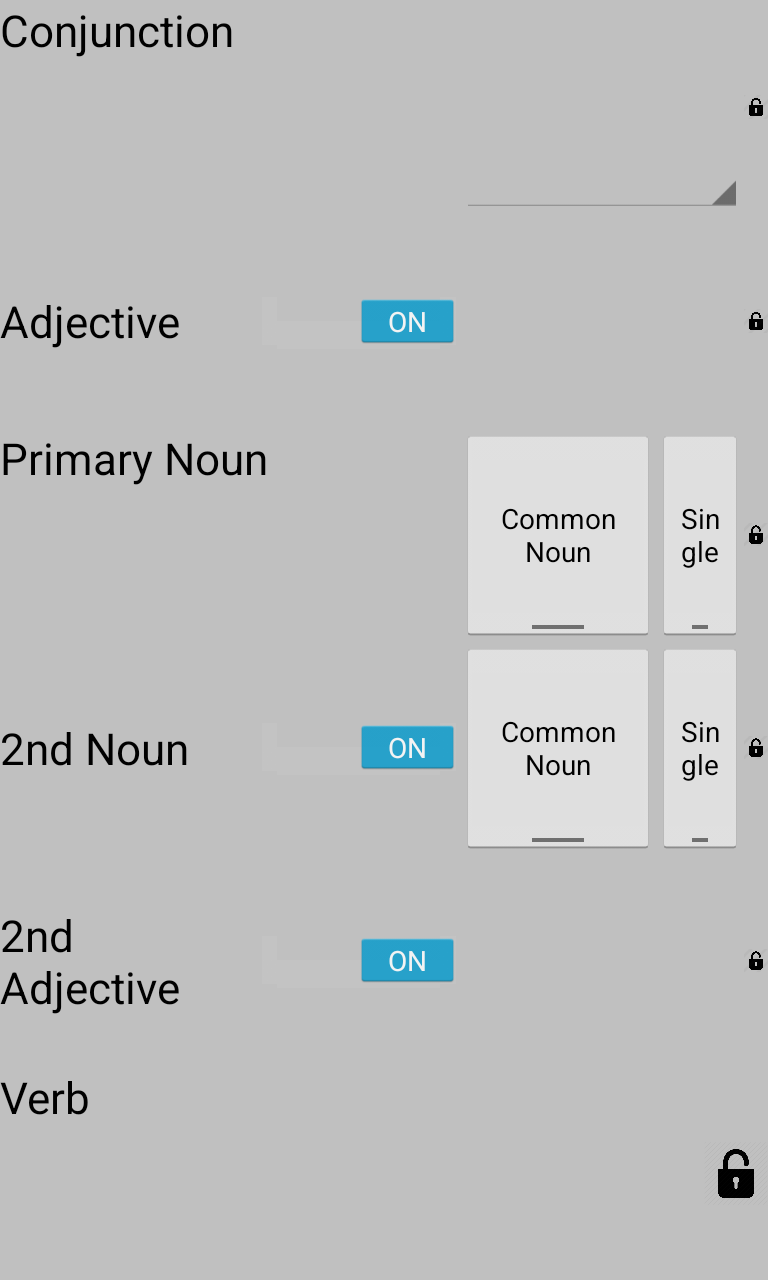
Repository: TheDizzler/TableTopTools
Layout: RPGTools/res/layout/fragment_cause_controls.xml
An editor plug-in stored every save of this project. The layout is shown before and after the next save, followed by the edit.
It is drawn on a 768 x 1280 px phone screen (xhdpi) without system bars, with theme AppTheme; the app's code is not run.

Above is the layout before, as saved 2017-03-22 09:53:25.

### RPGTools/res/layout/fragment_cause_controls.xml
<?xml version="1.0" encoding="utf-8"?>
<TableLayout xmlns:android="http://schemas.android.com/apk/res/android"
    android:layout_width="match_parent"
    android:layout_height="match_parent"
    android:background="#C0C0C0"
    android:measureWithLargestChild="true"
    android:orientation="vertical"
    android:weightSum="6" >

    <TableRow
        android:id="@+id/tableRow1_conjunction"
        android:layout_width="match_parent"
        android:layout_height="wrap_content"
        android:layout_weight="1"
        android:weightSum="4" >

        <TextView
            android:id="@+id/textView1"
            android:layout_width="wrap_content"
            android:layout_height="match_parent"
            android:layout_span="1"
            android:layout_weight="1"
            android:text="Conjunction"
            android:textAppearance="?android:attr/textAppearanceLarge" />

        <Spinner
            android:id="@+id/spinner_Conjunctions"
            android:layout_width="wrap_content"
            android:layout_height="match_parent"
            android:layout_span="2"
            android:layout_weight="1" />

        <ImageView
            android:id="@+id/lockBtn_conj"
            android:layout_width="32dp"
            android:layout_height="match_parent"
            android:layout_span="1"
            android:layout_weight="1"
            android:src="@drawable/unlocked" />
    </TableRow>

    <TableRow
        android:id="@+id/tableRow2_primaryAdj"
        android:layout_width="match_parent"
        android:layout_height="wrap_content"
        android:layout_weight="1"
        android:weightSum="4" >

        <Switch
            android:id="@+id/switch_primaryAdjective"
            android:layout_width="wrap_content"
            android:layout_height="match_parent"
            android:layout_span="1"
            android:layout_weight="1"
            android:checked="true"
            android:text="Adjective"
            android:textAppearance="?android:attr/textAppearanceLarge" />

        <Spinner
            android:id="@+id/spacer1"
            android:layout_width="wrap_content"
            android:layout_height="match_parent"
            android:layout_span="2"
            android:layout_weight="1"
            android:visibility="invisible" />

        <ImageView
            android:id="@+id/lockBtn_primaryAdj"
            android:layout_width="32dp"
            android:layout_height="match_parent"
            android:layout_span="1"
            android:layout_weight="1"
            android:src="@drawable/unlocked" />
    </TableRow>

    <TableRow
        android:id="@+id/tableRow3_primaryNoun"
        android:layout_width="match_parent"
        android:layout_height="wrap_content"
        android:layout_weight="1"
        android:weightSum="4" >

        <TextView
            android:id="@+id/textView3"
            android:layout_width="wrap_content"
            android:layout_height="match_parent"
            android:layout_span="1"
            android:layout_weight="1"
            android:text="Primary Noun"
            android:textAppearance="?android:attr/textAppearanceLarge" />

        <ToggleButton
            android:id="@+id/toggleBtn_primaryNounProper"
            android:layout_width="wrap_content"
            android:layout_height="match_parent"
            android:layout_span="1"
            android:layout_weight="1"
            android:textOff="Common Noun"
            android:textOn="Proper Noun" />

        <ToggleButton
            android:id="@+id/toggleBtn_primaryNounPlural"
            android:layout_width="wrap_content"
            android:layout_height="match_parent"
            android:layout_span="1"
            android:layout_weight="1"
            android:textOff="Single"
            android:textOn="Plural" />

        <ImageView
            android:id="@+id/lockBtn_primaryNoun"
            android:layout_width="32dp"
            android:layout_height="match_parent"
            android:layout_span="1"
            android:layout_weight="1"
            android:src="@drawable/unlocked" />
    </TableRow>

    <TableRow
        android:id="@+id/tableRow4_secondaryNoun"
        android:layout_width="match_parent"
        android:layout_height="wrap_content"
        android:layout_weight="1"
        android:weightSum="4" >

        <Switch
            android:id="@+id/switch_secondaryNoun"
            android:layout_width="wrap_content"
            android:layout_height="match_parent"
            android:layout_span="1"
            android:layout_weight="1"
            android:checked="true"
            android:text="2nd Noun"
            android:textAppearance="?android:attr/textAppearanceLarge" />

        <ToggleButton
            android:id="@+id/toggleBtn_secondaryNounProper"
            android:layout_width="wrap_content"
            android:layout_height="match_parent"
            android:layout_span="1"
            android:layout_weight="1"
            android:textOff="Common Noun"
            android:textOn="Proper Noun" />

        <ToggleButton
            android:id="@+id/toggleBtn_secondaryNounPlural"
            android:layout_width="wrap_content"
            android:layout_height="match_parent"
            android:layout_span="1"
            android:layout_weight="1"
            android:textOff="Single"
            android:textOn="Plural" />

        <ImageView
            android:id="@+id/lockBtn_secondaryNoun"
            android:layout_width="32dp"
            android:layout_height="match_parent"
            android:layout_span="1"
            android:layout_weight="1"
            android:src="@drawable/unlocked" />
    </TableRow>

    <TableRow
        android:id="@+id/tableRow5_secondaryAdj"
        android:layout_width="match_parent"
        android:layout_height="wrap_content"
        android:layout_weight="1"
        android:weightSum="4" >

        <Switch
            android:id="@+id/switch_secondaryAdjective"
            android:layout_width="wrap_content"
            android:layout_height="match_parent"
            android:layout_span="1"
            android:layout_weight="1"
            android:checked="true"
            android:text="2nd Adjective"
            android:textAppearance="?android:attr/textAppearanceLarge" />

        <Spinner
            android:id="@+id/spacer2"
            android:layout_width="wrap_content"
            android:layout_height="match_parent"
            android:layout_span="2"
            android:layout_weight="1"
            android:visibility="invisible" />

        <ImageView
            android:id="@+id/lockBtn_secondaryAdjective"
            android:layout_width="32dp"
            android:layout_height="match_parent"
            android:layout_span="1"
            android:layout_weight="1"
            android:src="@drawable/unlocked" />
    </TableRow>

    <TableRow
        android:id="@+id/tableRow6_causeVerb"
        android:layout_width="match_parent"
        android:layout_height="wrap_content"
        android:layout_weight="1"
        android:weightSum="4" >

        <TextView
            android:id="@+id/textView_causeVerb"
            android:layout_width="wrap_content"
            android:layout_height="match_parent"
            android:layout_span="1"
            android:layout_weight="1"
            android:text="Verb"
            android:textAppearance="?android:attr/textAppearanceLarge" />

        <Spinner
            android:id="@+id/spacer3"
            android:layout_width="wrap_content"
            android:layout_height="match_parent"
            android:layout_span="3"
            android:layout_weight="1"
            android:visibility="invisible" />

        <ImageView
            android:id="@+id/lockBtn_causeVerb"
            android:layout_width="32dp"
            android:layout_height="match_parent"
            android:layout_span="1"
            android:layout_weight="1"
            android:src="@drawable/unlocked" />
    </TableRow>

</TableLayout>

Loaded but not shown: RPGTools/res/values/styles.xml (common file); RPGTools/res/values-v11/styles.xml (common file); RPGTools/res/values-v14/styles.xml (common file)

After the next save:
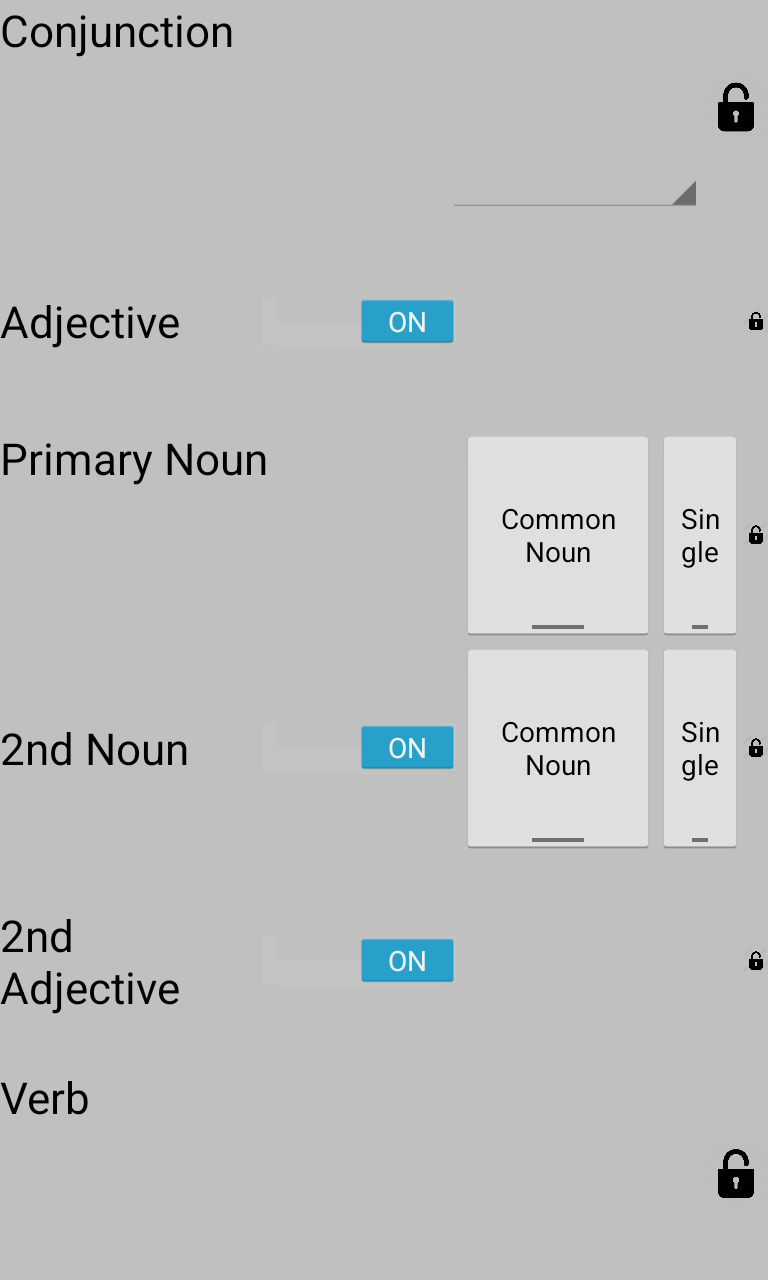
Saved 5 s later.
--- a/RPGTools/res/layout/fragment_cause_controls.xml
+++ b/RPGTools/res/layout/fragment_cause_controls.xml
@@ -12,7 +12,7 @@
         android:layout_width="match_parent"
         android:layout_height="wrap_content"
         android:layout_weight="1"
-        android:weightSum="4" >
+        android:weightSum="3" >
 
         <TextView
             android:id="@+id/textView1"

After the save that followed:
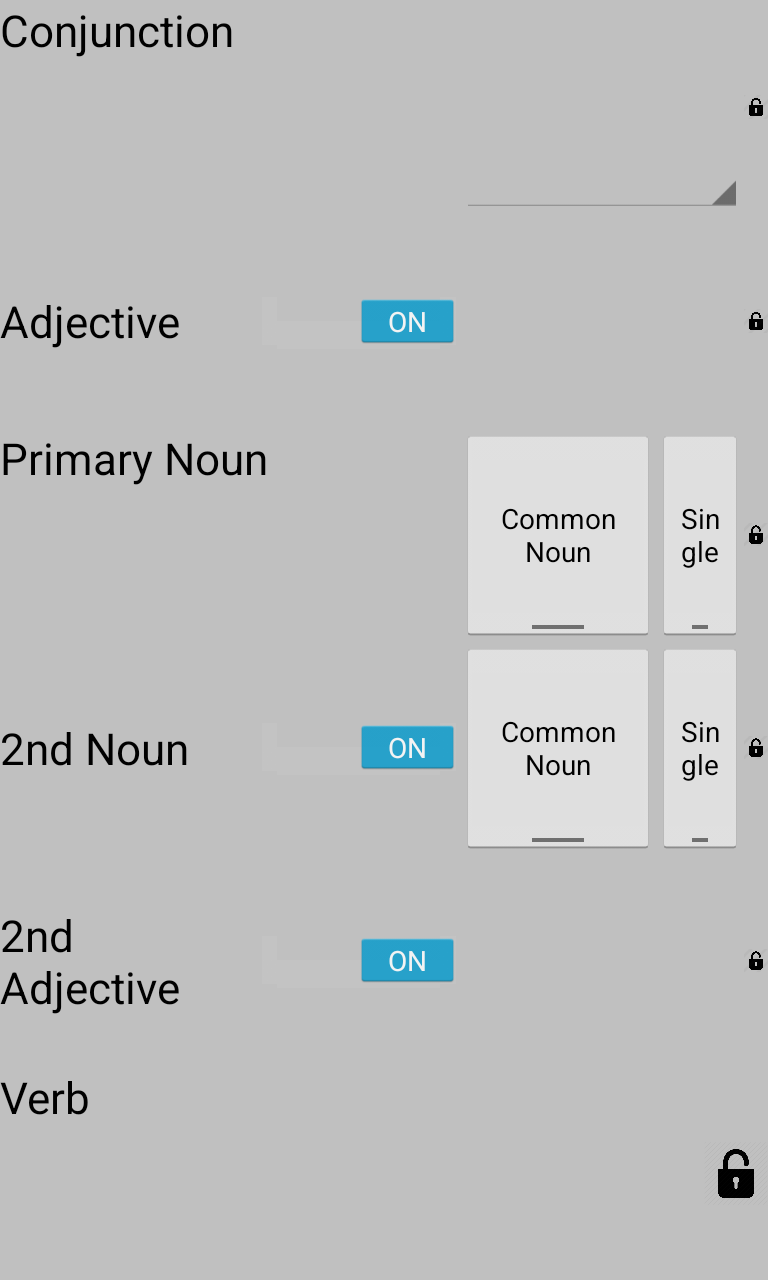
Saved 24 s later.
--- a/RPGTools/res/layout/fragment_cause_controls.xml
+++ b/RPGTools/res/layout/fragment_cause_controls.xml
@@ -12,7 +12,7 @@
         android:layout_width="match_parent"
         android:layout_height="wrap_content"
         android:layout_weight="1"
-        android:weightSum="3" >
+        android:weightSum="4" >
 
         <TextView
             android:id="@+id/textView1"
